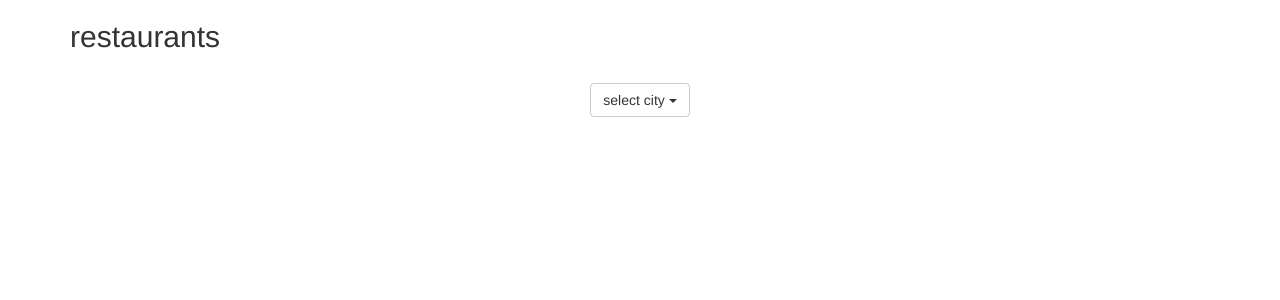
Repository: ganz-95/Denuvo-final
Page: http://localhost/restaurant/
The author's editor kept a copy of each file at every save. The page is drawn from the files as they stood at one save, then again after the next save.
The browser window is 1280 px wide. The pictures show the whole page.
Some web libraries are served in a nearby version. The page is served by Tomcat 9.

Above is the page before, as saved 2017-01-23 14:46:48.

### workspace/restaurant/src/main/webapp/index.jsp
<!DOCTYPE html>
<html>
<head>
  <meta name="viewport" content="width=device-width, initial-scale=1">
  <link rel="stylesheet" href="https://maxcdn.bootstrapcdn.com/bootstrap/3.3.7/css/bootstrap.min.css">
  <script src="https://ajax.googleapis.com/ajax/libs/jquery/3.1.1/jquery.min.js"></script>
  <script src="https://maxcdn.bootstrapcdn.com/bootstrap/3.3.7/js/bootstrap.min.js"></script>
</head>
<body>

<div class="container">
  <h2>restaurants</h2>
  <br>

  <div class="dropdown" align="center">
    <button class="btn btn-default dropdown-toggle" type="button" data-toggle="dropdown">select city
    <span class="caret"></span></button>
    <ul class="dropdown-menu">
      <li class="dropdown-header">Popular</li>
      <li><a href="#">Chennai</a></li>
      <li><a href="#">Mumbai</a></li>
      <li><a href="#">Delhi</a></li>
      <li class="divider"></li>
      <li class="dropdown-header">Others</li>
      <li><a href="#">banglore</a></li>
      <li><a href="#">Hyderabad</a></li>
    </ul>
  </div>
</div>

</body>
</html>

After the next save:
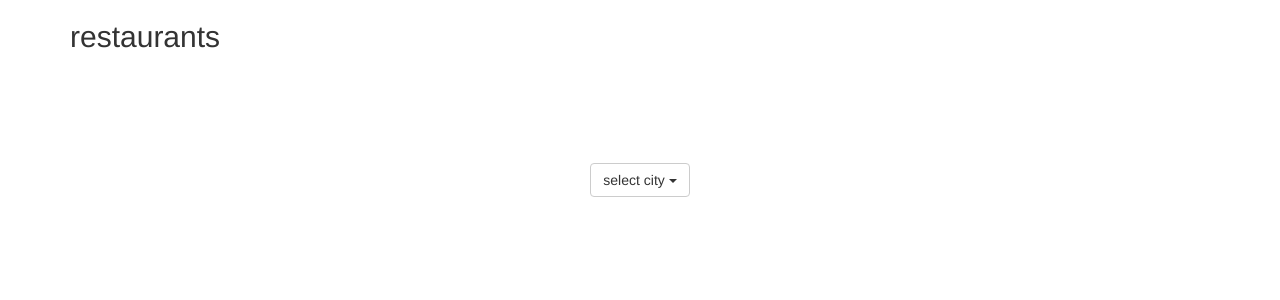
Saved 9 s later.
--- a/workspace/restaurant/src/main/webapp/index.jsp
+++ b/workspace/restaurant/src/main/webapp/index.jsp
@@ -10,7 +10,7 @@
 
 <div class="container">
   <h2>restaurants</h2>
-  <br>
+  <br><br><br><br><br>
 
   <div class="dropdown" align="center">
     <button class="btn btn-default dropdown-toggle" type="button" data-toggle="dropdown">select city
